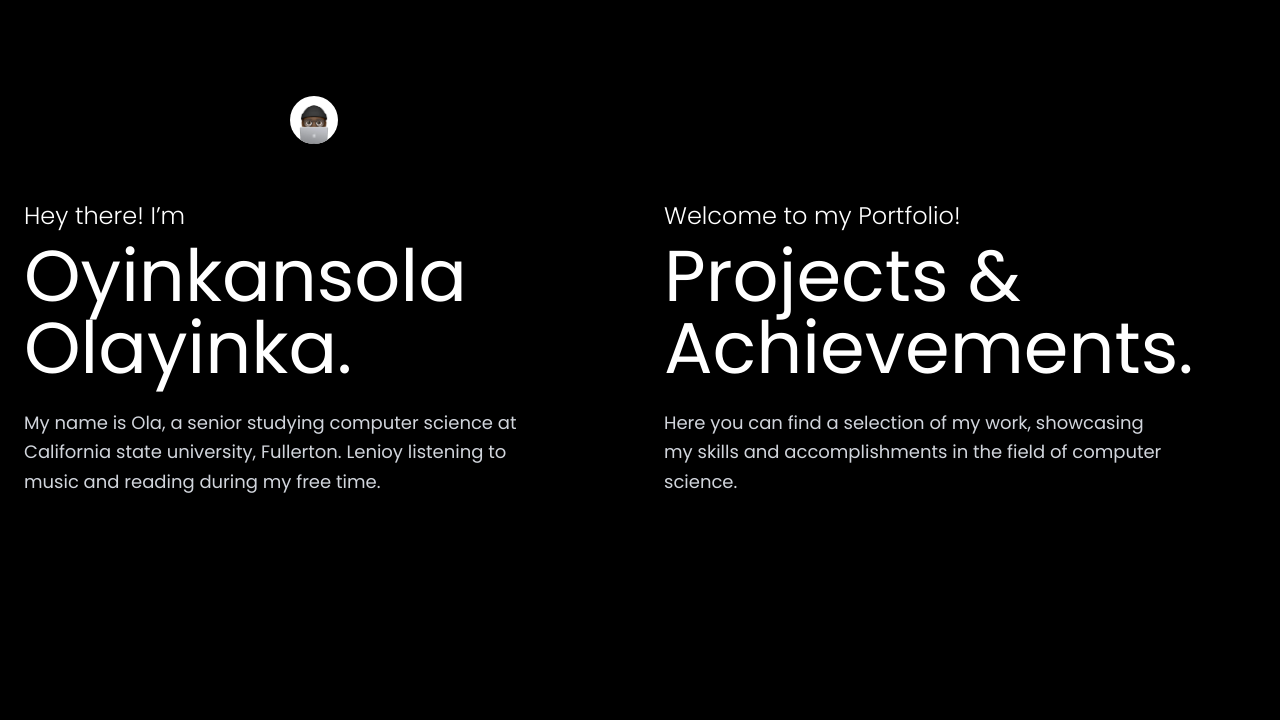
Repository: olasores/olasores-portfolio
Page: /
The author's editor kept a copy of each file at every save. The page is drawn from the files as they stood at one save, then again after a run of saves.
The browser window is 1280 px wide. The pictures show the whole page.
The project was rebuilt for these pictures with package versions that can differ from the ones it lists, and the page was loaded fresh each time. The framework's server and built-in components were replaced by stand-ins that run in the browser. Also part of the build but not shown: next.config.ts.

Above is the page before, as saved 2025-11-11 12:44:42.

### app/layout.tsx
import type { Metadata } from "next";
import { Poppins } from "next/font/google";
import "./globals.css";
import Navbar from "./components/Navbar";

const poppins = Poppins({
  variable: "--font-poppins",
  weight: ["300", "400", "500", "600", "700"],
  subsets: ["latin"],
});

export const metadata: Metadata = {
  title: "Create Next App",
  description: "Generated by create next app",
};

export default function RootLayout({
  children,
}: Readonly<{
  children: React.ReactNode;
}>) {
  return (
    <html lang="en">
      <body
        className={`${poppins.variable} antialiased`}
      >
        <Navbar />
        {children}
      </body>
    </html>
  );
}

### app/page.tsx
import Image from "next/image";
import HomeSection from "./components/HomeSection";
import Portfolio from "./components/Portfolio";

export default function Home() {
  return (

    <div className="flex min-h-screen items-center justify-center bg-zinc-50 font-sans dark:bg-black">
      <HomeSection />
      <Portfolio />
    </div>
  );
}

### app/globals.css
@import "tailwindcss";

* {
  font-family: 'Poppins', sans-serif;
}

:root {
  --background: #ffffff;
  --foreground: #171717;
}

@media (prefers-color-scheme: dark) {
  :root {
    --background: #0a0a0a;
    --foreground: #ededed;
  }
}

body {
  background: var(--background);
  color: var(--foreground);
}

### app/components/Navbar.tsx
export default function Navbar() {
    return (
        <nav className="fixed top-20 left-0 right-0 bg-black/80 backdrop-blur-sm px-6 py-4 z-50 flex justify-center">
            <div className="max-w-[700px] w-full flex items-center justify-between">
                {/* Logo */}
                <div className="relative w-12 h-12 rounded-full bg-white overflow-hidden flex items-center justify-center">
                    <img
                        src="/assets/olaimg2.webp"
                        alt="Oyinkansola Olayinka Logo"
                        className="w-full h-full object-cover"
                    />
                </div>

                {/* Links */}
                {/* <div className="flex gap-8 text-white">
                    <a href="#" className="hover:text-gray-400 transition">
                        Github ↗
                    </a>
                    <a href="#" className="hover:text-gray-400 transition">
                        linkedin ↗
                    </a>
                    <a href="#" className="hover:text-gray-400 transition">
                        Resume ↗
                    </a>
                </div> */}
            </div>
        </nav>
    );
}

### app/components/HomeSection.tsx


export default function HomeSection() {
    return (
        <div className="flex min-h-screen justify-center bg-black font-sans dark:bg-black px-6 py-5 pt-50">
            <div className="max-w-[700px] w-full flex flex-col gap-12">
                {/* Text content */}
                <div className="flex flex-col gap-6 items-center md:items-start">
                    <div>
                        <h2 className="text-xl md:text-2xl font-light text-white mb-2">
                            Hey there! I&rsquo;m
                        </h2>
                        <h1 className="text-5xl md:text-7xl  text-white">
                            Oyinkansola Olayinka.
                        </h1>
                    </div>

                    <p className="text-base md:text-lg text-gray-300 leading-relaxed max-w-lg">
                        My name is Ola, a senior studying computer science at California state university, Fullerton. Lenioy listening to music and reading during my free time.
                    </p>

                    {/* Links */}
                    {/* <div className="flex gap-6 text-lg md:text-xl text-white">
                        <a href="#" className="hover:text-gray-400 transition">
                            Github ↗
                        </a>
                        <a href="#" className="hover:text-gray-400 transition">
                            linkedin ↗
                        </a>
                        <a href="#" className="hover:text-gray-400 transition">
                            Resume ↗
                        </a>
                    </div> */}
                </div>
            </div>
        </div>
    );
}

### app/components/Portfolio.tsx
export default function Portfolio() {
    return (
        <div className="flex min-h-screen justify-center bg-black font-sans dark:bg-black px-6 py-5 pt-50">
            <div className="max-w-[700px] w-full flex flex-col gap-12">
                {/* Text content */}
                <div className="flex flex-col gap-6 items-center md:items-start">
                    <div>
                        <h2 className="text-xl md:text-2xl font-light text-white mb-2">
                            Welcome to my Portfolio!
                        </h2>
                        <h1 className="text-5xl md:text-7xl  text-white">
                            Projects & Achievements.
                        </h1>
                    </div>

                    <p className="text-base md:text-lg text-gray-300 leading-relaxed max-w-lg">
                        Here you can find a selection of my work, showcasing my skills and accomplishments in the field of computer science.
                    </p>
                </div>
            </div>
        </div>
    );
}

After the next 3 saves:
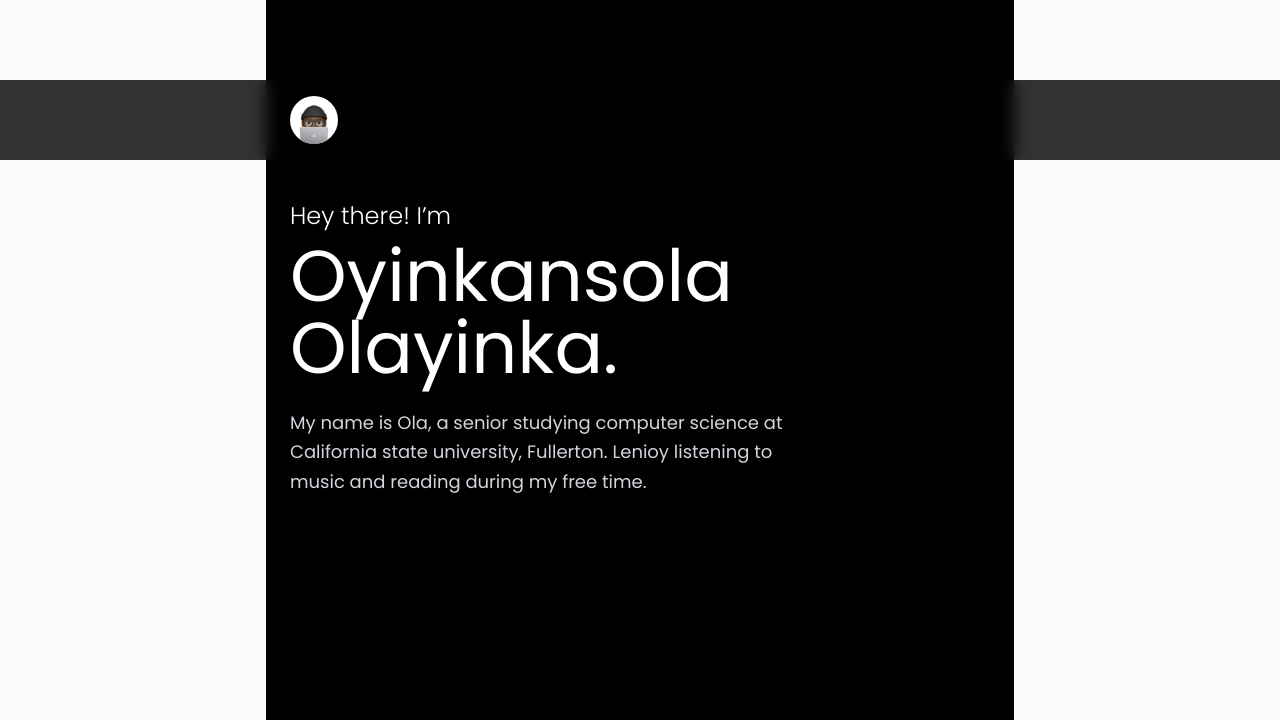
The 3 saves are shown as one change because 1 did not build or start and some came seconds apart.
The last was saved 18 s later.
--- a/app/components/Portfolio.tsx
+++ b/app/components/Portfolio.tsx
@@ -1,23 +1,8 @@
 export default function Portfolio() {
     return (
-        <div className="flex min-h-screen justify-center bg-black font-sans dark:bg-black px-6 py-5 pt-50">
-            <div className="max-w-[700px] w-full flex flex-col gap-12">
-                {/* Text content */}
-                <div className="flex flex-col gap-6 items-center md:items-start">
-                    <div>
-                        <h2 className="text-xl md:text-2xl font-light text-white mb-2">
-                            Welcome to my Portfolio!
-                        </h2>
-                        <h1 className="text-5xl md:text-7xl  text-white">
-                            Projects & Achievements.
-                        </h1>
-                    </div>
+        <div>
 
-                    <p className="text-base md:text-lg text-gray-300 leading-relaxed max-w-lg">
-                        Here you can find a selection of my work, showcasing my skills and accomplishments in the field of computer science.
-                    </p>
-                </div>
-            </div>
         </div>
+
     );
 }
